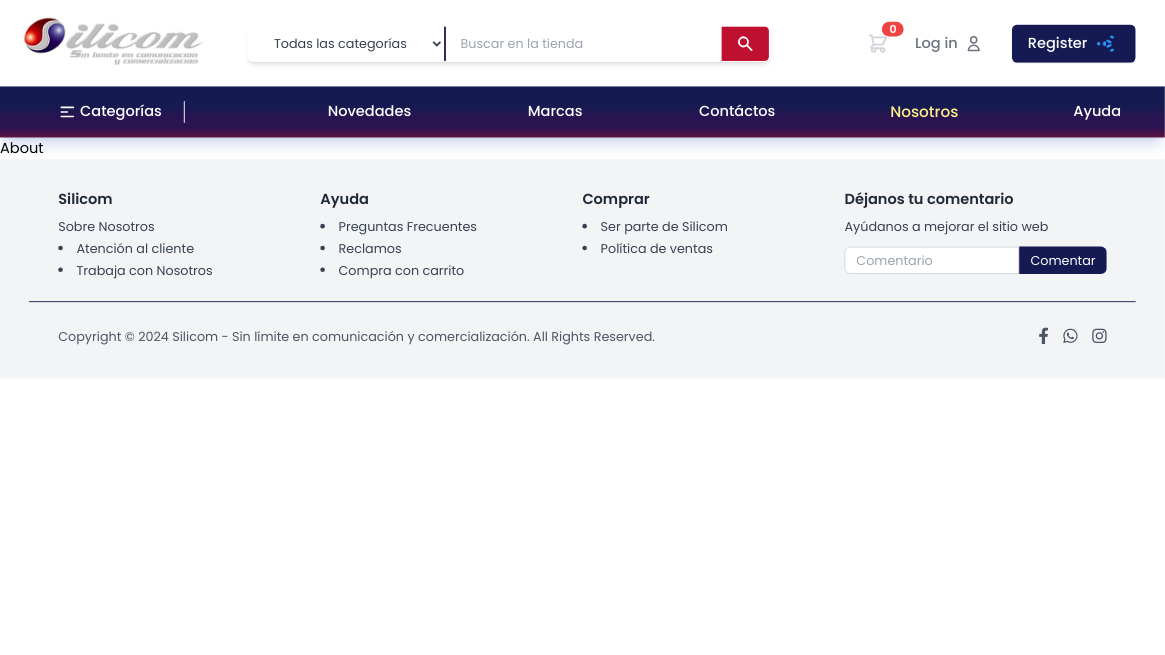
Repository: Francovg18/ecommerce
Page: /about
The author's editor kept a copy of each file at every save. The page is drawn from the files as they stood at one save, then again after the next save.
The browser window is 1280 px wide. The pictures show the whole page, at 91% of full size.
The page's requests for data from a server got no answer. The project was rebuilt for these pictures with package versions that can differ from the ones it lists, and the page was loaded fresh each time. No one was signed in, and anything a server would have sent is missing. Also part of the build but not shown: src/components/home/Banner.js, src/components/home/ProductsArrival.js, src/components/home/ProductsSold.js, src/redux/actions/brands.js, src/components/home/Brand.js, src/components/home/Product.js, src/containers/Home.jsx, src/containers/errors/Error404.jsx and 40 more.

Above is the page before, as saved 2025-01-29 20:12:04.

### public/index.html
<!DOCTYPE html>
<html lang="en">
  <head>
    <meta charset="utf-8" />
    <link rel="icon" href="%PUBLIC_URL%/favicon.ico" />
    <meta name="viewport" content="width=device-width, initial-scale=1" />
    <meta name="theme-color" content="#000000" />
    <meta name="description" content="Web site created using create-react-app" />
    <link rel="apple-touch-icon" href="%PUBLIC_URL%/logo192.png" />
    <link href="https://fonts.googleapis.com/css2?family=Poppins:wght@400;500;600&display=swap" rel="stylesheet">
    <link
  rel="stylesheet"
  href="https://cdnjs.cloudflare.com/ajax/libs/font-awesome/6.0.0-beta3/css/all.min.css"
/>

    <!--
      manifest.json provides metadata used when your web app is installed on a
      user's mobile device or desktop. See https://developers.google.com/web/fundamentals/web-app-manifest/
    -->
    <link rel="manifest" href="%PUBLIC_URL%/manifest.json" />
    <!--
      Notice the use of %PUBLIC_URL% in the tags above.
      It will be replaced with the URL of the `public` folder during the build.
      Only files inside the `public` folder can be referenced from the HTML.

      Unlike "/favicon.ico" or "favicon.ico", "%PUBLIC_URL%/favicon.ico" will
      work correctly both with client-side routing and a non-root public URL.
      Learn how to configure a non-root public URL by running `npm run build`.
    -->
    <title>React App</title>
  </head>
  <body>
    <noscript>You need to enable JavaScript to run this app.</noscript>
    <div id="root"></div>
    <!--
      This HTML file is a template.
      If you open it directly in the browser, you will see an empty page.

      You can add webfonts, meta tags, or analytics to this file.
      The build step will place the bundled scripts into the <body> tag.

      To begin the development, run `npm start` or `yarn start`.
      To create a production bundle, use `npm run build` or `yarn build`.
    -->
  </body>
</html>

### src/index.js
import React from 'react';
import ReactDOM from 'react-dom/client';
import './style/index.css';
import App from './App';

const root = ReactDOM.createRoot(document.getElementById('root'));
root.render(
  <React.StrictMode>
    <App />
  </React.StrictMode>
);

### src/store.js
import { createStore, applyMiddleware } from 'redux';
import { composeWithDevTools } from '@redux-devtools/extension';
import { thunk } from 'redux-thunk';
import rootReducer from './redux/reducers';

const initialState = {};
const middleware = [thunk];
const store = createStore(
    rootReducer,
    initialState,
    composeWithDevTools(applyMiddleware(...middleware))
);

export default store;

### src/containers/pages/About.jsx
import React from 'react'
import Layout from '../../hocs/Layout'
function About() {
  return (
    <Layout>
        About
    </Layout>
  )
}

export default About

### src/redux/reducers/index.js
import { combineReducers } from 'redux';
import Auth from './auth';
import Alert from './alert';
import Categories from './categories';
import Products from './products';
import Cart from './cart';
import Shipping from './shipping'
import Payment from './payment';
import Orders from './orders';
import Coupons from './coupons';
import Profile from './profile';
import Wishlist from './wishlist';
import Reviews from './reviews';
import Brands from './brands';
export default combineReducers({
    Auth,
    Alert,
    Categories,
    Products,
    Cart,
    Shipping,
    Payment,
    Orders,
    Coupons,
    Profile,
    Wishlist,
    Reviews,
    Brands
})

### src/hocs/Layout.js
import { ToastContainer } from 'react-toastify';
import 'react-toastify/dist/ReactToastify.css';
import { check_authenticated, load_user, refresh } from '../redux/actions/auth';
import {
    get_items,
    get_total,
    get_item_total
} from "../redux/actions/cart";

import {
    get_user_profile
} from "../redux/actions/profile";

import { useEffect } from 'react';
import { connect } from 'react-redux';
import Navbar from '../components/navigation/Navbar';
import Footer from '../components/navigation/Footer';

const Layout = (props) => {

    useEffect(() => {
        props.refresh()
        props.check_authenticated()
        props.load_user()
        props.get_items()
        props.get_total()
        props.get_item_total()
        props.get_user_profile()
    }, []);

    return(
        <div>
            <Navbar/>
            <ToastContainer autoClose={5000} />
            {props.children}
            <Footer/>
        </div>
    )
}


export default connect(null, {
    check_authenticated,
    load_user,
    refresh,
    get_items,
    get_total,
    get_item_total,
    get_user_profile
}) (Layout)

### src/redux/actions/categories.js
import axios from 'axios';
import {
    GET_CATEGORIES_SUCCESS,
    GET_CATEGORIES_FAIL,
} from './types';

export const get_categories = () => async dispatch => {
    const config = {
        headers: {
            'Accept': 'application/json'
        }
    };

    try {
        const res = await axios.get(`${process.env.REACT_APP_API_URL}/api/category/categories`, config);

        if (res.status >= 200 && res.status < 300) {
            dispatch({
                type: GET_CATEGORIES_SUCCESS,
                payload: res.data
            });
        } else {
            console.error('Error: Unexpected response status', res.status);
            dispatch({
                type: GET_CATEGORIES_FAIL
            });
        }
    } catch (err) {
        console.error('Error fetching categories:', err.message);
        dispatch({
            type: GET_CATEGORIES_FAIL
        });
    }
};

### src/redux/actions/alert.js
import{
    SET_ALERT,
    REMOVE_ALERT,
} from './types';

export const setAlert = (msg, alertType, timeout = 5000) => dispatch =>{
    dispatch({
        type: SET_ALERT,
        payload: {msg, alertType}
    });
    setTimeout(() => dispatch({ type: REMOVE_ALERT }), timeout);
}

### src/redux/reducers/alert.js
import {
    SET_ALERT,
    REMOVE_ALERT,
} from '../actions/types';

const initialState = {
    alert: null
};

export default function Alert(state = initialState, action) {
    const { type, payload } = action;

    switch(type) {
        case SET_ALERT:
            return {
                ...state,
                alert: payload
            };
        case REMOVE_ALERT:
            return {
                ...state,
                alert: null
            }
        default:
            return state
    };
}

### src/redux/reducers/categories.js
import {
    GET_CATEGORIES_SUCCESS,
    GET_CATEGORIES_FAIL
} from '../actions/types';

const initialState = {
    categories: null
};

export default function Categories(state = initialState, action) {
    const { type, payload } = action;

    switch(type) {
        case GET_CATEGORIES_SUCCESS:
            return {
                ...state,
                categories: payload.categories
            }
        case GET_CATEGORIES_FAIL:
            return {
                ...state,
                categories: null
            }
        default:
            return state
    }
}

### src/redux/reducers/shipping.js
import {
    GET_SHIPPING_OPTIONS_SUCCESS,
    GET_SHIPPING_OPTIONS_FAIL
} from '../actions/types';

const initialState = {
    shipping: null,
};

export default function Shipping(state = initialState, action) {
    const { type, payload } = action;

    switch(type) {
        case GET_SHIPPING_OPTIONS_SUCCESS:
            return {
                ...state,
                shipping: payload.shipping_options
            }
        case GET_SHIPPING_OPTIONS_FAIL:
            return {
                ...state,
                shipping: null
            }
        default:
            return state;
    }
};

### src/redux/reducers/payment.js
import {
    GET_PAYMENT_TOTAL_SUCCESS,
    GET_PAYMENT_TOTAL_FAIL,
    LOAD_BT_TOKEN_SUCCESS,
    LOAD_BT_TOKEN_FAIL,
    PAYMENT_SUCCESS,
    PAYMENT_FAIL,
    RESET_PAYMENT_INFO,
    SET_PAYMENT_LOADING,
    REMOVE_PAYMENT_LOADING
} from '../actions/types';


const initialState = {
    clientToken: null,
    made_payment: false,
    original_price: 0.0,
    total_after_coupon: 0.0,
    total_amount: 0.0,
    total_compare_amount: 0.0,
    estimated_tax: 0.0,
    shipping_cost: 0.0,
    loading: false
};

export default function Payment(state = initialState, action) {
    const { type, payload } = action;

    switch(type) {
        case GET_PAYMENT_TOTAL_SUCCESS:
            return {
                ...state,
                original_price: payload.original_price,
                total_after_coupon: payload.total_after_coupon,
                total_amount: payload.total_amount,
                total_compare_amount: payload.total_compare_amount,
                estimated_tax: payload.estimated_tax,
                shipping_cost: payload.shipping_cost
            }
        case GET_PAYMENT_TOTAL_FAIL:
            return {
                ...state,
                original_price: 0.00,
                total_after_coupon: 0.00,
                total_amount: 0.00,
                total_compare_amount: 0.00,
                estimated_tax: 0.00,
                shipping_cost: 0.00
            }
        case LOAD_BT_TOKEN_SUCCESS:
            return {
                ...state,
                clientToken: payload.braintree_token
            }
        case LOAD_BT_TOKEN_FAIL:
            return {
                ...state,
                clientToken: null
            }
        case PAYMENT_SUCCESS:
            return {
                ...state,
                made_payment: true
            }
        case PAYMENT_FAIL:
            return {
                ...state,
                made_payment: false
            }
        case SET_PAYMENT_LOADING:
            return {
                ...state,
                loading: true
            }
        case REMOVE_PAYMENT_LOADING:
            return {
                ...state,
                loading: false
            }
        case RESET_PAYMENT_INFO:
            return {
                ...state,
                made_payment: false,
                clientToken: null
            }
        default:
            return state;
    }
}

### src/redux/reducers/orders.js
import {
    GET_ORDERS_SUCCESS,
    GET_ORDERS_FAIL,
    GET_ORDER_DETAIL_SUCCESS,
    GET_ORDER_DETAIL_FAIL
} from '../actions/types';

const initialState = {
    orders: null,
    order: null
};


export default function Orders(state = initialState, action) {
    const { type, payload } = action;

    switch(type) {
        case GET_ORDERS_SUCCESS:
            return {
                ...state,
                orders: payload.orders
            }
        case GET_ORDERS_FAIL:
            return {
                ...state,
                orders: []
            }
        case GET_ORDER_DETAIL_SUCCESS:
            return {
                ...state,
                order: payload.order
            }
        case GET_ORDER_DETAIL_FAIL:
            return {
                ...state,
                order: {}
            }
        default:
            return state;
    }
}

### src/redux/reducers/coupons.js
import {
    GET_COUPON_SUCCESS,
    GET_COUPON_FAIL,
} from '../actions/types';

const initialState = {
    coupon: null
};


export default function Coupons(state = initialState, action) {
    const { type, payload } = action;

    switch(type) {
        case GET_COUPON_SUCCESS:
            return {
                ...state,
                coupon: payload.coupon
            }
        case GET_COUPON_FAIL:
            return {
                ...state,
                coupon: null
            }
        default:
            return state;
    }
}

### src/redux/reducers/profile.js
import {
    GET_USER_PROFILE_SUCCESS,
    GET_USER_PROFILE_FAIL,
    UPDATE_USER_PROFILE_SUCCESS,
    UPDATE_USER_PROFILE_FAIL
} from '../actions/types';

const initialState = {
    profile: null
};

export default function Profile(state = initialState, action) {
    const { type, payload } = action;

    switch(type) {
        case GET_USER_PROFILE_SUCCESS:
            return {
                ...state,
                profile: payload.profile
            }
        case GET_USER_PROFILE_FAIL:
            return {
                ...state
            }
        case UPDATE_USER_PROFILE_SUCCESS:
            return {
                ...state,
                profile: payload.profile
            }
        case UPDATE_USER_PROFILE_FAIL:
            return {
                ...state
            }
        default:
            return state
    }
}

### src/redux/reducers/wishlist.js
import {
    GET_WISHLIST_ITEMS_SUCCESS,
    GET_WISHLIST_ITEMS_FAIL,
    ADD_WISHLIST_ITEM_SUCCESS,
    ADD_WISHLIST_ITEM_FAIL,
    GET_WISHLIST_ITEM_TOTAL_SUCCESS,
    GET_WISHLIST_ITEM_TOTAL_FAIL,
    REMOVE_WISHLIST_ITEM_SUCCESS,
    REMOVE_WISHLIST_ITEM_FAIL,
    CLEAR_WISHLIST,
} from '../actions/types';

const initialState = {
    items: null,
    total_items: 0
};

export default function Wishlist(state = initialState, action) {
    const { type, payload } = action;

    switch(type) {
        case GET_WISHLIST_ITEMS_SUCCESS:
            return {
                ...state,
                items: payload.wishlist
            }
        case GET_WISHLIST_ITEMS_FAIL:
            return {
                ...state,
            }
        case ADD_WISHLIST_ITEM_SUCCESS:
            return {
                ...state,
                items: payload.wishlist
            }
        case ADD_WISHLIST_ITEM_FAIL:
            return {
                ...state,
            }
        case GET_WISHLIST_ITEM_TOTAL_SUCCESS:
            return {
                ...state,
                total_items: payload.total_items
            }
        case GET_WISHLIST_ITEM_TOTAL_FAIL:
            return {
                ...state
            }
            case REMOVE_WISHLIST_ITEM_SUCCESS:
                return {
                    ...state,
                    items: state.items.filter(item => item.product_id !== payload)
                }

        case REMOVE_WISHLIST_ITEM_FAIL:
            return {
                ...state
            }
        case CLEAR_WISHLIST:
            return {
                ...state,
                items: [],
                total_items: 0
            }
        default:
            return state
    }
}

### src/redux/reducers/reviews.js
import {
    GET_REVIEWS_SUCCESS,
    GET_REVIEWS_FAIL,
    GET_REVIEW_SUCCESS,
    GET_REVIEW_FAIL,
    CREATE_REVIEW_SUCCESS,
    CREATE_REVIEW_FAIL,
    UPDATE_REVIEW_SUCCESS,
    UPDATE_REVIEW_FAIL,
    DELETE_REVIEW_SUCCESS,
    DELETE_REVIEW_FAIL,
    FILTER_REVIEWS_SUCCESS,
    FILTER_REVIEWS_FAIL,
} from '../actions/types';

const intitialState = {
    review: null,
    reviews: null
};

export default function Reviews(state = intitialState, action) {
    const { type, payload } = action;

    switch(type) {
        case GET_REVIEWS_SUCCESS:
            return {
                ...state,
                reviews: payload.reviews
            }
        case GET_REVIEWS_FAIL:
            return {
                ...state,
                reviews: []
            }
        case GET_REVIEW_SUCCESS:
            return {
                ...state,
                review: payload.review
            }
        case GET_REVIEW_FAIL:
            return {
                ...state,
                review: {}
            }
        case CREATE_REVIEW_SUCCESS:
            return {
                ...state,
                review: payload.review,
                reviews: payload.reviews
            }
        case CREATE_REVIEW_FAIL:
            return {
                ...state,
                review: {}
            }
        case UPDATE_REVIEW_SUCCESS:
            return {
                ...state,
                review: payload.review,
                reviews: payload.reviews
            }
        case UPDATE_REVIEW_FAIL:
            return {
                ...state
            }
        case DELETE_REVIEW_SUCCESS:
            return {
                ...state,
                review: {},
                reviews: payload.reviews
            }
        case DELETE_REVIEW_FAIL:
            return {
                ...state
            }
        case FILTER_REVIEWS_SUCCESS:
            return {
                ...state,
                reviews: payload.reviews
            }
        case FILTER_REVIEWS_FAIL:
            return {
                ...state
            }
        default:
            return state
    }


}

### src/redux/reducers/brands.js
import {
    GET_BRANDS_SUCCESS,
    GET_BRANDS_FAIL
} from '../actions/types';

const initialState = {
    brands: null
};

export default function Brands(state = initialState, action) {
    const { type, payload } = action;

    switch (type) {
        case GET_BRANDS_SUCCESS:
            return {
                ...state,
                brands: payload.brands // Ajusta si `payload` tiene otra estructura
            };
        case GET_BRANDS_FAIL:
            return {
                ...state,
                brands: null
            };
        default:
            return state;
    }
}

### src/components/alert.js
import {Fragment} from 'react'
import {connect} from 'react-redux'

import { CheckCircleIcon } from '@heroicons/react/solid'

function Alert ({ alert }) {

    const displayAlert = () => {
        if (alert !== null){
            return (
                <div className={`rounded-md bg-${alert.alertType}-50 p-4`}>
                <div className="flex">
                    <div className="flex-shrink-0">
                    <CheckCircleIcon className={`h-5 w-5 text-${alert.alertType}-400`} aria-hidden="true" />
                    </div>
                    <div className="ml-3">
                    <p className={`text-sm font-medium text-${alert.alertType}-800`}>{alert.msg}</p>
                    </div>
                </div>
                </div>
            )
        } else {
            return(
                <Fragment></Fragment>
            )
        }
    }

    return (
        <Fragment>
            {displayAlert()}
        </Fragment>
    )
}

const mapStateToProps = state => ({
    alert: state.Alert.alert
})

export default connect(mapStateToProps)(Alert)

### src/components/navigation/SearchBox.js
import { SearchIcon } from '@heroicons/react/solid';

const SearchBox = ({ categories, search, onChange, onSubmit }) => {
  return (
    <form
      onSubmit={(e) => onSubmit(e)}
      className="flex items-center border border-white rounded-md shadow-md overflow-hidden w-full max-w-3xl mx-auto"
    >
      {/* Dropdown de categorías (visible solo en pantallas grandes) */}
      <div className="hidden lg:block relative">
        <select
          onChange={(e) => onChange(e)}
          name="category_id"
          className="h-full text-sm text-gray-700 bg-white border-r-2 border-purple-night px-6 py-2 outline-none focus:ring-deep-rose"
        >
          <option value={0}>Todas las categorías</option>
          {categories &&
            categories.map((category, index) => (
              <option key={index} value={category.id}>
                {category.name}
              </option>
            ))}
        </select>
      </div>

      {/* Campo de búsqueda */}
      <input
        type="search"
        name="search"
        onChange={(e) => onChange(e)}
        value={search}
        required
        className="flex-grow text-sm text-gray-700 bg-white px-4 py-2 outline-none focus:ring-purple-night focus:border-crimson-red w-full"
        placeholder="Buscar en la tienda"
      />

      {/* Botón de envío */}
      <button
        type="submit"
        className="flex items-center justify-center h-full bg-crimson-red hover:bg-deep-rose text-white px-4 py-2"
      >
        <SearchIcon className="h-5 w-5" aria-hidden="true" />
      </button>
    </form>
  );
};

export default SearchBox;

### tailwind.config.js
/** @type {import('tailwindcss').Config} */
module.exports = {
  content: [
    "./src/**/*.{js,jsx,ts,tsx}",
  ],
  theme: {
    extend: {
      colors: {
        "midnight-blue": '#151b52',
        "purple-night": '#2A1350',
        "crimson-red": '#C0102F',
        "deep-rose": '#8D113B',
        "dark-burgundy": '#751240',
        "royal-purple": '#5D1245',
      },
      backgroundImage: {
        'custom-gradient': 'linear-gradient(to bottom, #151b52, #151b50, #151b50, #2A1351, #2A1351, #5D1245)',
      },
      fontFamily: {
        sans: ['Poppins', 'sans-serif'],
      },
      keyframes: {
        'gradient-x': {
          '0%, 100%': { backgroundPosition: '0% 50%' },
          '50%': { backgroundPosition: '100% 50%' },
        },
      },
      animation: {
        'gradient-x': 'gradient-x 8s ease infinite',
      },
      boxShadow: {
        navbar: "0px 4px 20px 6px rgba(28, 105, 192, 0.85), 0 1px 2px -1px rgba(3, 3, 4, 0.03)",
        menuHover: "0px 6px 15px 3px rgba(0, 0, 0, 0.15)",
      },
      fontSize: {
        'xl': '1.25rem',
        '2xl': '1.5rem',
      },
    },
  },
  plugins: [
    function({ addUtilities }) {
      const extendUnderline = {
        '.underline': {
          textDecoration: 'underline',
          textDecorationColor: '#121740',
        },
      };
      addUtilities(extendUnderline);
    },
  ],
};

Loaded but not shown: src/style/index.css (common file); src/components/navigation/Navbar.js (476 lines, source omitted); src/redux/actions/cart.js (399 lines, source omitted); src/redux/actions/auth.js (387 lines, source omitted); src/redux/actions/types.js (136 lines, source omitted); src/redux/actions/products.js (256 lines, source omitted); src/redux/reducers/cart.js (158 lines, source omitted); src/redux/reducers/products.js (118 lines, source omitted); src/App.js (79 lines, source omitted); src/components/navigation/Footer.js (81 lines, source omitted); src/redux/reducers/auth.js (113 lines, source omitted); src/redux/actions/profile.js (91 lines, source omitted)

After the next save:
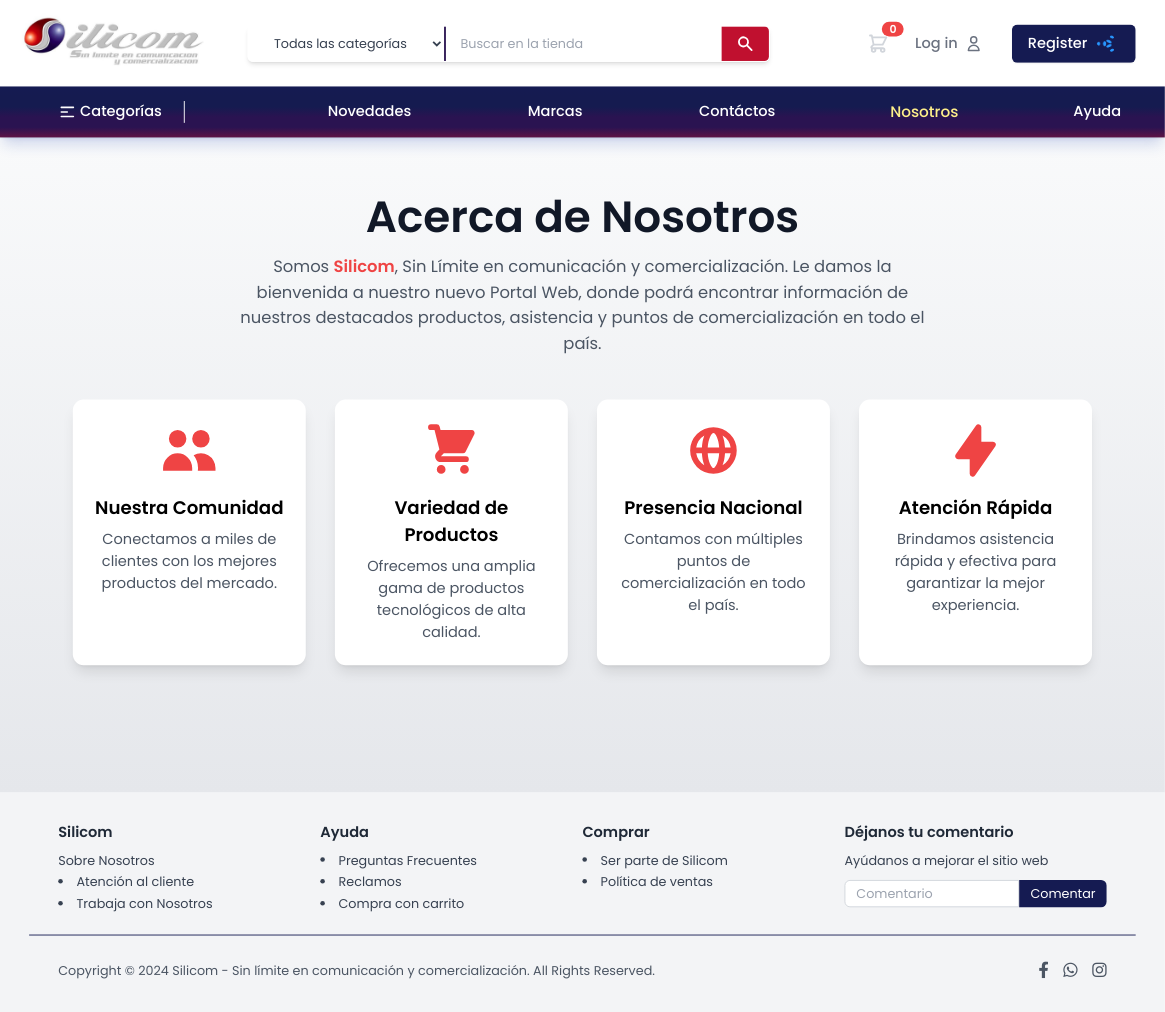
Saved 5 min 41 s later.
--- a/src/containers/pages/About.jsx
+++ b/src/containers/pages/About.jsx
@@ -1,11 +1,47 @@
-import React from 'react'
-import Layout from '../../hocs/Layout'
+import React from 'react';
+import Layout from '../../hocs/Layout';
+import { UsersIcon, ShoppingCartIcon, GlobeAltIcon, LightningBoltIcon } from '@heroicons/react/solid';
+
 function About() {
   return (
     <Layout>
-        About
+      <div className="bg-gradient-to-b from-gray-50 to-gray-200 min-h-screen py-16 px-6 sm:px-12 lg:px-20">
+        <div className="text-center max-w-3xl mx-auto">
+          <h1 className="text-5xl font-extrabold text-gray-900">Acerca de Nosotros</h1>
+          <p className="mt-4 text-lg text-gray-600">
+            Somos <span className="text-red-500 font-semibold">Silicom</span>, Sin Límite en comunicación y comercialización. Le damos la bienvenida a nuestro nuevo Portal Web,
+            donde podrá encontrar información de nuestros destacados productos, asistencia y puntos de comercialización en todo el país.
+          </p>
+        </div>
+
+        <div className="mt-12 grid grid-cols-1 md:grid-cols-2 lg:grid-cols-4 gap-8">
+          <div className="bg-white p-6 rounded-xl shadow-lg text-center">
+            <UsersIcon className="w-16 h-16 text-red-500 mx-auto" />
+            <h3 className="text-xl font-semibold mt-4">Nuestra Comunidad</h3>
+            <p className="text-gray-600 mt-2">Conectamos a miles de clientes con los mejores productos del mercado.</p>
+          </div>
+
+          <div className="bg-white p-6 rounded-xl shadow-lg text-center">
+            <ShoppingCartIcon className="w-16 h-16 text-red-500 mx-auto" />
+            <h3 className="text-xl font-semibold mt-4">Variedad de Productos</h3>
+            <p className="text-gray-600 mt-2">Ofrecemos una amplia gama de productos tecnológicos de alta calidad.</p>
+          </div>
+
+          <div className="bg-white p-6 rounded-xl shadow-lg text-center">
+            <GlobeAltIcon className="w-16 h-16 text-red-500 mx-auto" />
+            <h3 className="text-xl font-semibold mt-4">Presencia Nacional</h3>
+            <p className="text-gray-600 mt-2">Contamos con múltiples puntos de comercialización en todo el país.</p>
+          </div>
+
+          <div className="bg-white p-6 rounded-xl shadow-lg text-center">
+            <LightningBoltIcon className="w-16 h-16 text-red-500 mx-auto" />
+            <h3 className="text-xl font-semibold mt-4">Atención Rápida</h3>
+            <p className="text-gray-600 mt-2">Brindamos asistencia rápida y efectiva para garantizar la mejor experiencia.</p>
+          </div>
+        </div>
+      </div>
     </Layout>
-  )
+  );
 }
 
-export default About
+export default About;
